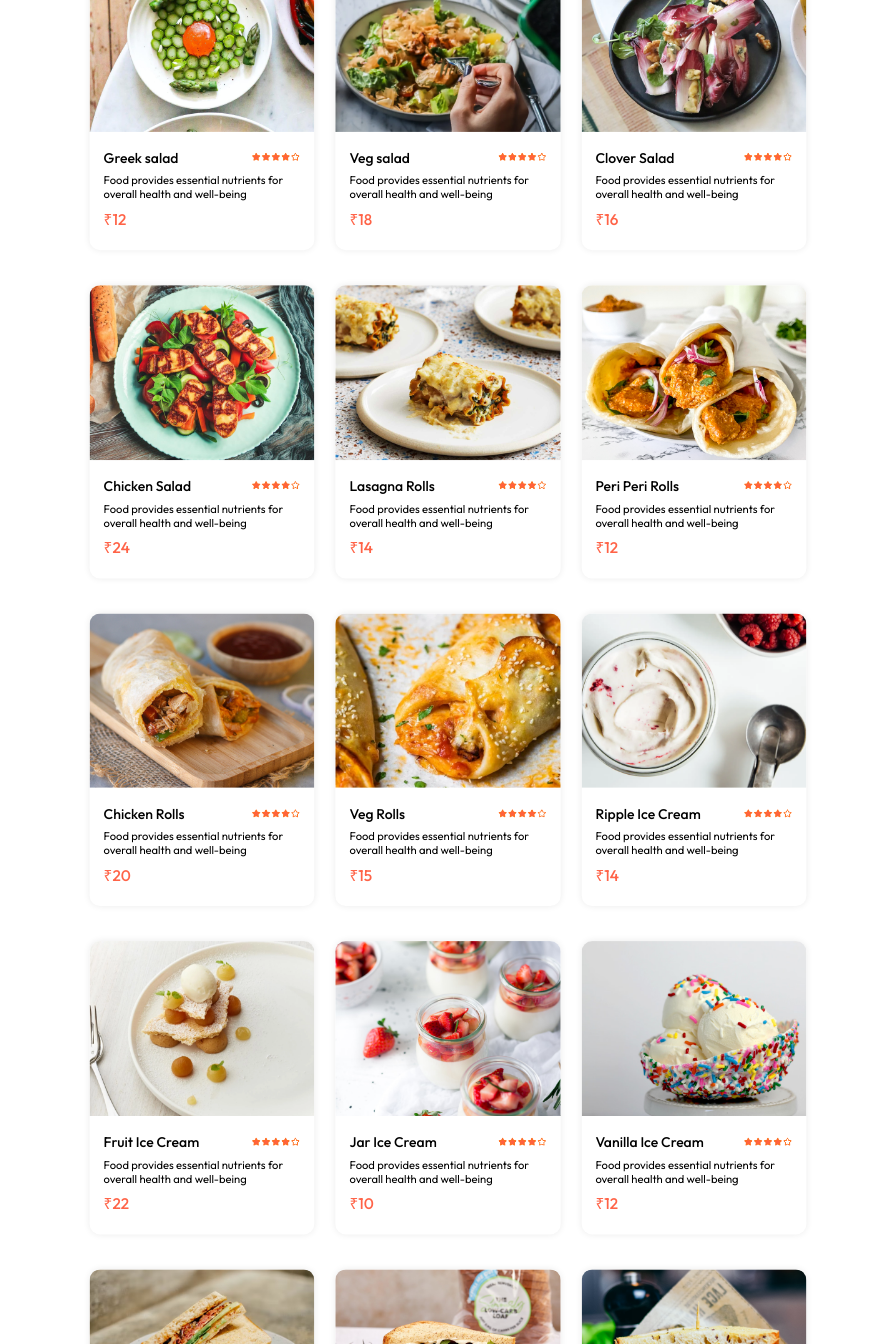
Repository: KartikChouhan03/food-delivery-app
Page: / (app in frontend/)
An editor plug-in stored every save of this project. The page is shown before and after the next save, followed by the edit.
The browser window is 1280 px wide. The pictures show the part of the page from y = 1089 to 3009 px (the page is 6135 px tall before and 6025 px after), at 70% of full size.
Some web fonts or font styles are not loaded; a fallback is used. The project was rebuilt for these pictures with package versions that can differ from the ones it lists, and the page was loaded fresh each time. Also part of the build but not shown: frontend/vite.config.js, frontend/src/pages/Cart/Cart.css, frontend/src/pages/Cart/Cart.jsx, frontend/src/pages/PlaceOrder/PlaceOrder.css, frontend/src/pages/PlaceOrder/PlaceOrder.jsx.

Above is the page before, as saved 2025-08-16 00:27:48.

### frontend/index.html
<!doctype html>
<html lang="en">
  <head>
    <meta charset="UTF-8" />
    <link rel="icon" type="image/svg+xml" href="" />
    <meta name="viewport" content="width=device-width, initial-scale=1.0" />
    <title>Foodify</title>
  </head>
  <body>
    <div id="root"></div>
    <script type="module" src="/src/main.jsx"></script>
  </body>
</html>

### frontend/src/main.jsx
import { createRoot } from 'react-dom/client'
import './index.css'
import App from './App.jsx'
import { BrowserRouter} from 'react-router-dom'
import StoreContextProvider from './context/StoreContext.jsx'


createRoot(document.getElementById('root')).render(
  <BrowserRouter>
    <StoreContextProvider>
      <App />
    </StoreContextProvider>
  </BrowserRouter>


)

### frontend/src/index.css

@import url('https://fonts.googleapis.com/css2?family=Montserrat:ital,wght@0,100..900;1,100..900&family=Outfit:wght@100..900&family=Playfair+Display:ital,wght@0,400..900;1,400..900&display=swap');


*{
  padding: 0;
  margin: 0;
  box-sizing: border-box;
  font-family: Outfit;
}

body{
  min-height: 100vh;
}

a{
  text-decoration: none;
  color: inherit;
}

.app{
  width: 80%;
  margin: auto;
}

@keyframes fadeIn{
  0%{
    opacity: 0;
  }
  100%{
    opacity: 1;
  }
}

### frontend/src/App.jsx
import React from 'react'
import Navbar from './components/Navbar/Navbar'
import { Route, Routes } from 'react-router-dom'
import Home from './pages/Home/Home'
import Cart from './pages/Cart/Cart'
import PlaceOrder from './pages/PlaceOrder/PlaceOrder'


const App = () => {
  return (
    <div className='app'>
      <Navbar/>
      <Routes>
        <Route path="/" element={<Home />} />
        <Route path="/cart" element={<Cart />} />
        <Route path="/order" element={<PlaceOrder/>} />
      </Routes>
    </div>
  )
}

export default App

### frontend/src/context/StoreContext.jsx
import { createContext } from "react";
import { food_list } from "../assets/assets";


export const StoreContext = createContext(null)

const StoreContextProvider = (props) =>{


    const contextValue = {
        food_list
    }



    return (
        <StoreContext.Provider value ={contextValue}>
            {props.children}
        </StoreContext.Provider>
    )

}

export default StoreContextProvider;

### frontend/src/components/Navbar/Navbar.jsx
import React, { useState } from 'react'
import './Navbar.css'
import {assets} from '../../assets/assets.js'


const Navbar = () => {

  const [menu,setMenu] = useState("home");


  return (
    <div className='navbar'>
      <img className='logo' src={assets.logo} alt="" />
      <ul className='navbar-menu'>
        <li onClick={()=>setMenu("home")} className={menu==="home"?"active":""}>home</li>
        <li onClick={()=>setMenu("menu")} className={menu==="menu"?"active":""}>menu</li>
        <li onClick={()=>setMenu("mobile-app")} className={menu==="mobile-app"?"active":""}>mobile-app</li>
        <li onClick={()=>setMenu("contact-us")} className={menu==="contact-us"?"active":""}>contact us</li>
      </ul>
      <div className="navbar-right">
        <img src={assets.search_icon} alt="" />
        <div className='navbar-search-icon'>
          <img src={assets.basket_icon} alt="" />
          <div className='dot'></div>
        </div>
        <button>Sign in</button>
      </div>
    </div>
  )
}

export default Navbar

### frontend/src/pages/Home/Home.jsx
import React, { useState } from 'react'
import './Home.css'
import Header from '../../components/Header/Header'
import ExploreMenu from '../../components/ExploreMenu/ExploreMenu'
import FoodDisplay from '../../components/FoodDisplay/FoodDisplay'

const Home = () => {

    const [category,setCategory] = useState("All");

  return (
    <div>
      <Header/>
      <ExploreMenu category={category} setCategory={setCategory} />
      <FoodDisplay category={category}/>
    </div>
  )
}

export default Home

### frontend/src/assets/assets.js
import basket_icon from './basket_icon.png'
import logo from './logo.png'
import header_img from './header_img.png'
import search_icon from './search_icon.png'
import menu_1 from './menu_1.png'
import menu_2 from './menu_2.png'
import menu_3 from './menu_3.png'
import menu_4 from './menu_4.png'
import menu_5 from './menu_5.png'
import menu_6 from './menu_6.png'
import menu_7 from './menu_7.png'
import menu_8 from './menu_8.png'

import food_1 from './food_1.png'
import food_2 from './food_2.png'
import food_3 from './food_3.png'
import food_4 from './food_4.png'
import food_5 from './food_5.png'
import food_6 from './food_6.png'
import food_7 from './food_7.png'
import food_8 from './food_8.png'
import food_9 from './food_9.png'
import food_10 from './food_10.png'
import food_11 from './food_11.png'
import food_12 from './food_12.png'
import food_13 from './food_13.png'
import food_14 from './food_14.png'
import food_15 from './food_15.png'
import food_16 from './food_16.png'
import food_17 from './food_17.png'
import food_18 from './food_18.png'
import food_19 from './food_19.png'
import food_20 from './food_20.png'
import food_21 from './food_21.png'
import food_22 from './food_22.png'
import food_23 from './food_23.png'
import food_24 from './food_24.png'
import food_25 from './food_25.png'
import food_26 from './food_26.png'
import food_27 from './food_27.png'
import food_28 from './food_28.png'
import food_29 from './food_29.png'
import food_30 from './food_30.png'
import food_31 from './food_31.png'
import food_32 from './food_32.png'

import add_icon_white from './add_icon_white.png'
import add_icon_green from './add_icon_green.png'
import remove_icon_red from './remove_icon_red.png'
import app_store from './app_store.png'
import play_store from './play_store.png'
import linkedin_icon from './linkedin_icon.png'
import facebook_icon from './facebook_icon.png'
import twitter_icon from './twitter_icon.png'
import cross_icon from './cross_icon.png'
import selector_icon from './selector_icon.png'
import rating_starts from './rating_starts.png'
import profile_icon from './profile_icon.png'
import bag_icon from './bag_icon.png'
import logout_icon from './logout_icon.png'
import parcel_icon from './parcel_icon.png'

export const assets = {
    logo,
    basket_icon,
    header_img,
    search_icon,
    rating_starts,
    add_icon_green,
    add_icon_white,
    remove_icon_red,
    app_store,
    play_store,
    linkedin_icon,
    facebook_icon,
    twitter_icon,
    cross_icon,
    selector_icon,
    profile_icon,
    logout_icon,
    bag_icon,
    parcel_icon
}

export const menu_list = [
    {
        menu_name: "Salad",
        menu_image: menu_1
    },
    {
        menu_name: "Rolls",
        menu_image: menu_2
    },
    {
        menu_name: "Deserts",
        menu_image: menu_3
    },
    {
        menu_name: "Sandwich",
        menu_image: menu_4
    },
    {
        menu_name: "Cake",
        menu_image: menu_5
    },
    {
        menu_name: "Pure Veg",
        menu_image: menu_6
    },
    {
        menu_name: "Pasta",
        menu_image: menu_7
    },
    {
        menu_name: "Noodles",
        menu_image: menu_8
    }]

export const food_list = [
    {
        _id: "1",
        name: "Greek salad",
        image: food_1,
        price: 12,
        description: "Food provides essential nutrients for overall health and well-being",
        category: "Salad"
    },
    {
        _id: "2",
        name: "Veg salad",
        image: food_2,
        price: 18,
        description: "Food provides essential nutrients for overall health and well-being",
        category: "Salad"
    }, {
        _id: "3",
        name: "Clover Salad",
        image: food_3,
        price: 16,
        description: "Food provides essential nutrients for overall health and well-being",
        category: "Salad"
    }, {
        _id: "4",
        name: "Chicken Salad",
        image: food_4,
        price: 24,
        description: "Food provides essential nutrients for overall health and well-being",
        category: "Salad"
    }, {
        _id: "5",
        name: "Lasagna Rolls",
        image: food_5,
        price: 14,
        description: "Food provides essential nutrients for overall health and well-being",
        category: "Rolls"
    }, {
        _id: "6",
        name: "Peri Peri Rolls",
        image: food_6,
        price: 12,
        description: "Food provides essential nutrients for overall health and well-being",
        category: "Rolls"
    }, {
        _id: "7",
        name: "Chicken Rolls",
        image: food_7,
        price: 20,
        description: "Food provides essential nutrients for overall health and well-being",
        category: "Rolls"
    }, {
        _id: "8",
        name: "Veg Rolls",
        image: food_8,
        price: 15,
        description: "Food provides essential nutrients for overall health and well-being",
        category: "Rolls"
    }, {
        _id: "9",
        name: "Ripple Ice Cream",
        image: food_9,
        price: 14,
        description: "Food provides essential nutrients for overall health and well-being",
        category: "Deserts"
    }, {
        _id: "10",
        name: "Fruit Ice Cream",
        image: food_10,
        price: 22,
        description: "Food provides essential nutrients for overall health and well-being",
        category: "Deserts"
    }, {
        _id: "11",
        name: "Jar Ice Cream",
        image: food_11,
        price: 10,
        description: "Food provides essential nutrients for overall health and well-being",
        category: "Deserts"
    }, {
        _id: "12",
        name: "Vanilla Ice Cream",
        image: food_12,
        price: 12,
        description: "Food provides essential nutrients for overall health and well-being",
        category: "Deserts"
    },
    {
        _id: "13",
        name: "Chicken Sandwich",
        image: food_13,
        price: 12,
        description: "Food provides essential nutrients for overall health and well-being",
        category: "Sandwich"
    },
    {
        _id: "14",
        name: "Vegan Sandwich",
        image: food_14,
        price: 18,
        description: "Food provides essential nutrients for overall health and well-being",
        category: "Sandwich"
    }, {
        _id: "15",
        name: "Grilled Sandwich",
        image: food_15,
        price: 16,
        description: "Food provides essential nutrients for overall health and well-being",
        category: "Sandwich"
    }, {
        _id: "16",
        name: "Bread Sandwich",
        image: food_16,
        price: 24,
        description: "Food provides essential nutrients for overall health and well-being",
        category: "Sandwich"
    }, {
        _id: "17",
        name: "Cup Cake",
        image: food_17,
        price: 14,
        description: "Food provides essential nutrients for overall health and well-being",
        category: "Cake"
    }, {
        _id: "18",
        name: "Vegan Cake",
        image: food_18,
        price: 12,
        description: "Food provides essential nutrients for overall health and well-being",
        category: "Cake"
    }, {
        _id: "19",
        name: "Butterscotch Cake",
        image: food_19,
        price: 20,
        description: "Food provides essential nutrients for overall health and well-being",
        category: "Cake"
    }, {
        _id: "20",
        name: "Sliced Cake",
        image: food_20,
        price: 15,
        description: "Food provides essential nutrients for overall health and well-being",
        category: "Cake"
    }, {
        _id: "21",
        name: "Garlic Mushroom ",
        image: food_21,
        price: 14,
        description: "Food provides essential nutrients for overall health and well-being",
        category: "Pure Veg"
    }, {
        _id: "22",
        name: "Fried Cauliflower",
        image: food_22,
        price: 22,
        description: "Food provides essential nutrients for overall health and well-being",
        category: "Pure Veg"
    }, {
        _id: "23",
        name: "Mix Veg Pulao",
        image: food_23,
        price: 10,
        description: "Food provides essential nutrients for overall health and well-being",
        category: "Pure Veg"
    }, {
        _id: "24",
        name: "Rice Zucchini",
        image: food_24,
        price: 12,
        description: "Food provides essential nutrients for overall health and well-being",
        category: "Pure Veg"
    },
    {
        _id: "25",
        name: "Cheese Pasta",
        image: food_25,
        price: 12,
        description: "Food provides essential nutrients for overall health and well-being",
        category: "Pasta"
    },
    {
        _id: "26",
        name: "Tomato Pasta",
        image: food_26,
        price: 18,
        description: "Food provides essential nutrients for overall health and well-being",
        category: "Pasta"
    }, {
        _id: "27",
        name: "Creamy Pasta",
        image: food_27,
        price: 16,
        description: "Food provides essential nutrients for overall health and well-being",
        category: "Pasta"
    }, {
        _id: "28",
        name: "Chicken Pasta",
        image: food_28,
        price: 24,
        description: "Food provides essential nutrients for overall health and well-being",
        category: "Pasta"
    }, {
        _id: "29",
        name: "Buttter Noodles",
        image: food_29,
        price: 14,
        description: "Food provides essential nutrients for overall health and well-being",
        category: "Noodles"
    }, {
        _id: "30",
        name: "Veg Noodles",
        image: food_30,
        price: 12,
        description: "Food provides essential nutrients for overall health and well-being",
        category: "Noodles"
    }, {
        _id: "31",
        name: "Somen Noodles",
        image: food_31,
        price: 20,
        description: "Food provides essential nutrients for overall health and well-being",
        category: "Noodles"
    }, {
        _id: "32",
        name: "Cooked Noodles",
        image: food_32,
        price: 15,
        description: "Food provides essential nutrients for overall health and well-being",
        category: "Noodles"
    }
]

### frontend/src/components/Navbar/Navbar.css
.navbar{
    padding: 20px 0px;
    display: flex;
    justify-content: space-between;
    align-items: center;
}

.navbar .logo{
    width: 150px;
}

.navbar-menu{
    display: flex;
    list-style: none;
    gap: 20px;
    color: #49557e;
    font-size: 18px;
}

.navbar-right{
    display: flex;
    align-items: center;
    gap: 40px;
}

.navbar button{
    background: transparent;
    font-size: 16px;
    color: #49557e;
    border: 1px solid tomato;
    padding: 10px 30px;
    border-radius: 50px;
    cursor: pointer;
    transition: 0.4s;
}

.navbar button:hover{
    background-color: #fff4f2;
}

.navbar .active{
    padding-bottom: 2px;
    border-bottom: 2px solid #49557e;
}

.navbar li{
    cursor: pointer;
}

.navbar-search-icon {
    position: relative;
}

.navbar-search-icon .dot{
    position: absolute;
    min-width: 10px;
    min-height: 10px;
    background-color: tomato;
    border-radius:5px ;
    top: -8px;
    right: -8px;
}

### frontend/src/components/Header/Header.jsx
import React from 'react'
import './Header.css'

const Header = () => {
  return (
    <div className='header'>
      <div className="header-contents">
        <h2>Order your favourite food here</h2>
        <p>Choose from a diverse menu featuring a delectable array of dishes crafted with the finest ingredients and culinary expertise. Our mission is to statisfy your craving and elevate your dining experience, one delicious meal at a time.</p>
        <button>View Menu</button>
      </div>
    </div>
  )
}

export default Header

### frontend/src/components/ExploreMenu/ExploreMenu.jsx
import React from 'react'
import './ExploreMenu.css'
import { menu_list } from '../../assets/assets.js'


const ExploreMenu = ({category,setCategory}) => {
  return (
    <div className='explore-menu' id='explore-menu'>
      <h1>Explore our menu</h1>
      <p className='explore-menu-text'>Choose from a diverse menu featuring a delectable array of dishes crafted with the finest ingredients and culinary expertise. Our mission is to statisfy your craving and elevate your dining experience, one delicious meal at a time. </p>
      <div className='explore-menu-list'>
        {menu_list.map((item, index)=>{
            return(
                <div onClick={()=>setCategory(prev=>prev===item.menu_name?"All":item.menu_name)} key={index} className="explore-menu-list-item">
                    <img className={category===item.menu_name?"active":""} src={item.menu_image} alt="" />
                    <p>{item.menu_name}</p>
                </div>
            )
        })}
      </div>
      <hr />
    </div>
  )
}

export default ExploreMenu

### frontend/src/components/FoodDisplay/FoodDisplay.jsx
import React, { useContext } from 'react'
import './FoodDisplay.css'
import { StoreContext } from '../../context/StoreContext'
import FoodItem from '../FoodItem/FoodItem'


const FoodDisplay = (category) => {

    const {food_list} = useContext(StoreContext)

  return (
    <div className='food-display' id='food-display'>
       <h2>Top dishes near you</h2>
       <div className="food-display-list">
        {food_list.map((item,index)=>{
            return <FoodItem key={index} id={item.id} name={item.name} description={item.description} price= {item.price} image={item.image}/>
        })}
       </div>
    </div>
  )
}

export default FoodDisplay

### frontend/src/components/Header/Header.css
.header{
    height: 34vw;
    margin: 30px auto;
    background:url('./header_img.png') no-repeat ;
    background-size: contain;
    position: relative;
}

.header-contents{
    position: absolute;
    display: flex;
    flex-direction: column;
    align-items: start;
    gap: 1.5vw;
    max-width: 50%;
    bottom: 10%;
    left: 6vw;
    animation:fadeIn 3s;
}

.header-contents h2{
    font-weight: 500;
    color:white;
    font-size: max(4.5vw, 22px) ;

}

.header-contents p{
    color: white;
    font-size: 1vw;
}

.header-contents button{
    border: none;
    color: #747474;
    font-weight: 500;
    padding: 1vw 2.3vw;
    background-color: white;
    font-size: max(1vw,13px);
    border-radius:50px ;
}

### frontend/src/components/ExploreMenu/ExploreMenu.css
.explore-menu{
    display: flex;
    flex-direction: column ;
    gap: 20px;
}

.explore-menu h1{
    color: #262626;
    font-weight: 500;
}

.explore-menu-text{
    max-width: 60%;
    columns: #808080;
}

.explore-menu-list{
    display: flex;
    justify-content: space-between;
    align-items: center;
    gap: 30px;
    text-align: center;
    margin: 20px 0px;
    overflow: scroll;
}

.explore-menu-list::-webkit-scrollbar{
    display: none;
}

.explore-menu-list-item img{
    width: 7.5vw;
    min-width: 80px;
    cursor: pointer;
    border-radius: 50%;
    transition: 0.3s;
}

.explore-menu-list-item p {
    margin-top: 10px;
    color: #747474;
    font-size: max(1.4vw,16px);
    cursor: pointer;
}

.explore-menu hr{
    margin: 10px 0px;
    height: 2px;
    background-color: #e2e2e2;
    border: none;
}

.explore-menu-list-item .active{
    border: 4px solid tomato;
    padding: 32;
}

### frontend/src/components/FoodDisplay/FoodDisplay.css
.food-display{
    margin-top: 30px;
}

.food-display h2{
    font-size: max(2vw,24px);
    font-weight: 600;
}

.food-display-list{
    display: grid;
    grid-template-columns: repeat(auto-fill,minmax(240px,1fr));
    margin-top: 30px;
    gap:30px;
    row-gap: 50px;
}

### frontend/src/components/FoodItem/FoodItem.jsx
import React from 'react'
import './FoodItem.css'
import { assets } from '../../assets/assets'

const FoodItem = ({id, name, price, description, image}) => {
  return (
    <div className='food-item'>
      <div className="food-item-img-container">
        <img className="food-item-image" src={image} alt={name} />
      </div>
      <div className="food-item-info">
        <div className="food-item-name-rating">
            <p>{name}</p>
            <img src={assets.rating_starts} alt="rating" />
        </div>
        <p className="food-item-desc">{description}</p>
        <p className="food-item-price">₹{price}</p>
      </div>
    </div>
  )
}

export default FoodItem

### frontend/src/components/FoodItem/FoodItem.css
.food-item{
    width: 100%;
    margin: auto;
    border-radius:15px ;
    box-shadow: 0px 0px 10px #00000015;
    transition: 0.3s;
    animation: fadeIn 1s;
}

.food-item-image{
    width: 100%;
    border-radius:15px 15px 0px 0px ;
}

.food-item-info{
    padding: 20px;
}

.food-item-name-rating{
    display: flex;
    justify-content: space-between;
    margin-bottom: 10px;
    align-items: center;
}

.food-item-name-rating p{
    font-size: 20px;
    font-weight: 500;
}

.food-item-name-rating img{
    width: 70px;
}

.food-item-description{
    color: #676767;
    font-size: 12px;
}

.food-item-price{
    color: tomato;
    font-size: 22px;
    font-weight: 500;
    margin: 10px 0px;
}

Loaded but not shown: frontend/src/pages/Home/Home.css (no stored copy; drawn as an empty file)

After the next save:
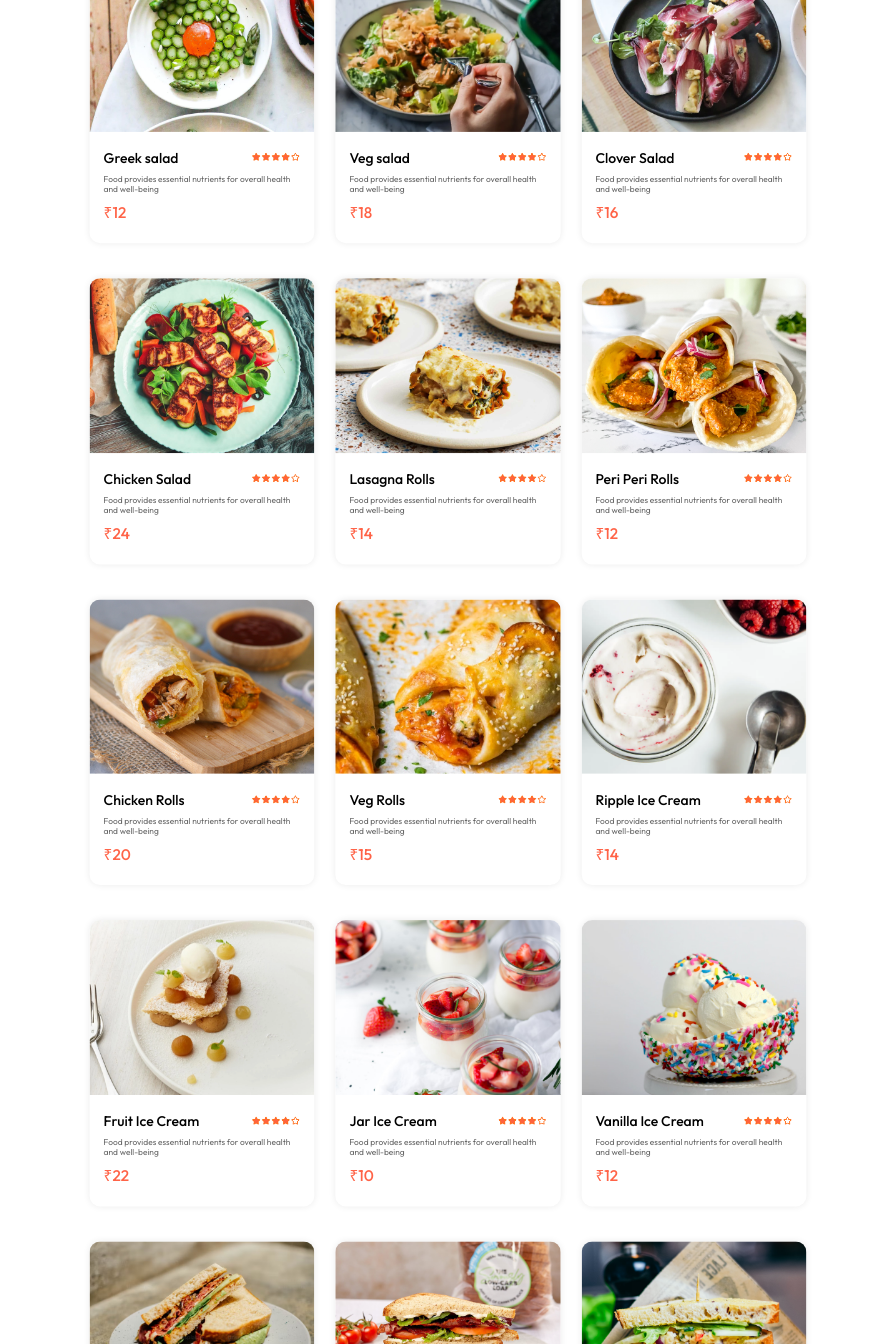
Saved 31 s later.
--- a/frontend/src/components/FoodItem/FoodItem.css
+++ b/frontend/src/components/FoodItem/FoodItem.css
@@ -32,7 +32,7 @@
     width: 70px;
 }
 
-.food-item-description{
+.food-item-desc{
     color: #676767;
     font-size: 12px;
 }
